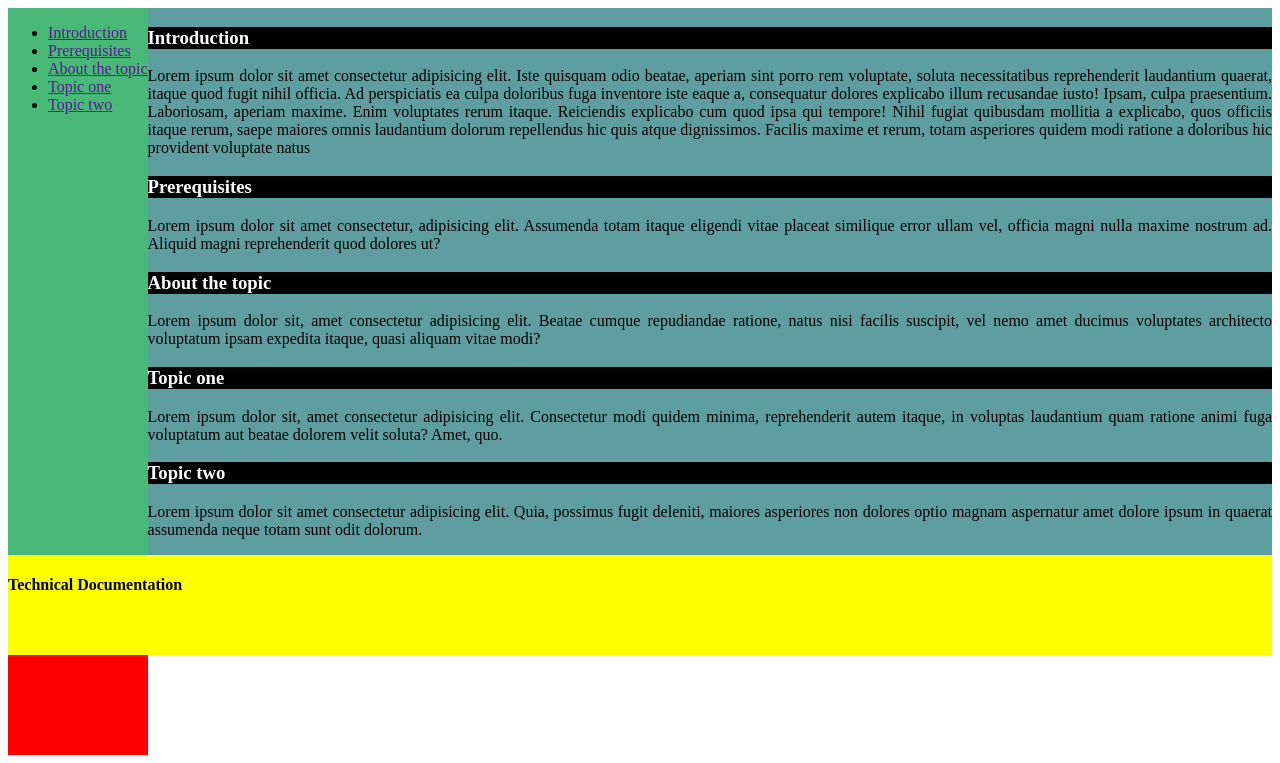
Repository: JoaoLemesDEV/Excercise-Tech-Documentation-Page
Page: index.html
These files come from the project's save history. The page is drawn as it stood at one moment and after the next save; the edit follows.
The browser window is 1280 px wide. The pictures show the whole page.

Above is the page before, as saved 2021-10-03 21:40:56.

### index.html
<!DOCTYPE html>
<html lang="en">
  <head>
    <meta charset="UTF-8" />
    <meta http-equiv="X-UA-Compatible" content="IE=edge" />
    <meta name="viewport" content="width=device-width, initial-scale=1.0" />
    <title>Technical Documentaion</title>
    <link rel="stylesheet" href="index.css" />
  </head>
  <body>
    <div class="wrapper">
      <header><h4>Technical Documentation</h4></header>
      <aside>
        <nav>
          <ul>
            <li><a href="">Introduction</a></li>
            <li><a href="">Prerequisites</a></li>
            <li><a href="">About the topic</a></li>
            <li><a href="">Topic one</a></li>
            <li><a href="">Topic two</a></li>
          </ul>
        </nav>
      </aside>
      <main>
        <section id="introduction">
          <h3 style="background: black; color: white">Introduction</h3>
          <p>
            Lorem ipsum dolor sit amet consectetur adipisicing elit. Iste
            quisquam odio beatae, aperiam sint porro rem voluptate, soluta
            necessitatibus reprehenderit laudantium quaerat, itaque quod fugit
            nihil officia. Ad perspiciatis ea culpa doloribus fuga inventore
            iste eaque a, consequatur dolores explicabo illum recusandae iusto!
            Ipsam, culpa praesentium. Laboriosam, aperiam maxime. Enim
            voluptates rerum itaque. Reiciendis explicabo cum quod ipsa qui
            tempore! Nihil fugiat quibusdam mollitia a explicabo, quos officiis
            itaque rerum, saepe maiores omnis laudantium dolorum repellendus hic
            quis atque dignissimos. Facilis maxime et rerum, totam asperiores
            quidem modi ratione a doloribus hic provident voluptate natus
          </p>
        </section>
        <section id="Prerequisites">
          <h3 style="background: black; color: white">Prerequisites</h3>
          <p>
            Lorem ipsum dolor sit amet consectetur, adipisicing elit. Assumenda
            totam itaque eligendi vitae placeat similique error ullam vel,
            officia magni nulla maxime nostrum ad. Aliquid magni reprehenderit
            quod dolores ut?
          </p>
        </section>
        <section id="about the topic">
          <h3 style="background: black; color: white">About the topic</h3>
          <p>
            Lorem ipsum dolor sit, amet consectetur adipisicing elit. Beatae
            cumque repudiandae ratione, natus nisi facilis suscipit, vel nemo
            amet ducimus voluptates architecto voluptatum ipsam expedita itaque,
            quasi aliquam vitae modi?
          </p>
        </section>
        <section id="topic one">
          <h3 style="background: black; color: white">Topic one</h3>
          <p>
            Lorem ipsum dolor sit, amet consectetur adipisicing elit.
            Consectetur modi quidem minima, reprehenderit autem itaque, in
            voluptas laudantium quam ratione animi fuga voluptatum aut beatae
            dolorem velit soluta? Amet, quo.
          </p>
        </section>
        <section id="topic two">
          <h3 style="background: black; color: white">Topic two</h3>
          <p>
            Lorem ipsum dolor sit amet consectetur adipisicing elit. Quia,
            possimus fugit deleniti, maiores asperiores non dolores optio magnam
            aspernatur amet dolore ipsum in quaerat assumenda neque totam sunt
            odit dolorum.
          </p>
        </section>
      </main>
      <footer></footer>
    </div>
  </body>
</html>

### index.css
html body{
  margin: ;

}
.wrapper {
    display: grid;
    //grid-template-columns: 100px 100px 200px;
    //grid-template-rows: 150px 150px;
}

header{
  background-color: yellow;
  height: 100px;
  grid-column-start: 1;
  grid-column-end: 3;
}

aside{
background-color: rgb(73, 185, 122);
grid-row-start: 1;
grid-row-end: 2;
}

main{
  background-color: cadetblue;
  text-align: justify;
  grid-row-start: 1;
  grid-row-end: 2;
}

footer{
  background-color: red;
  height: 100px;
}

After the next save:
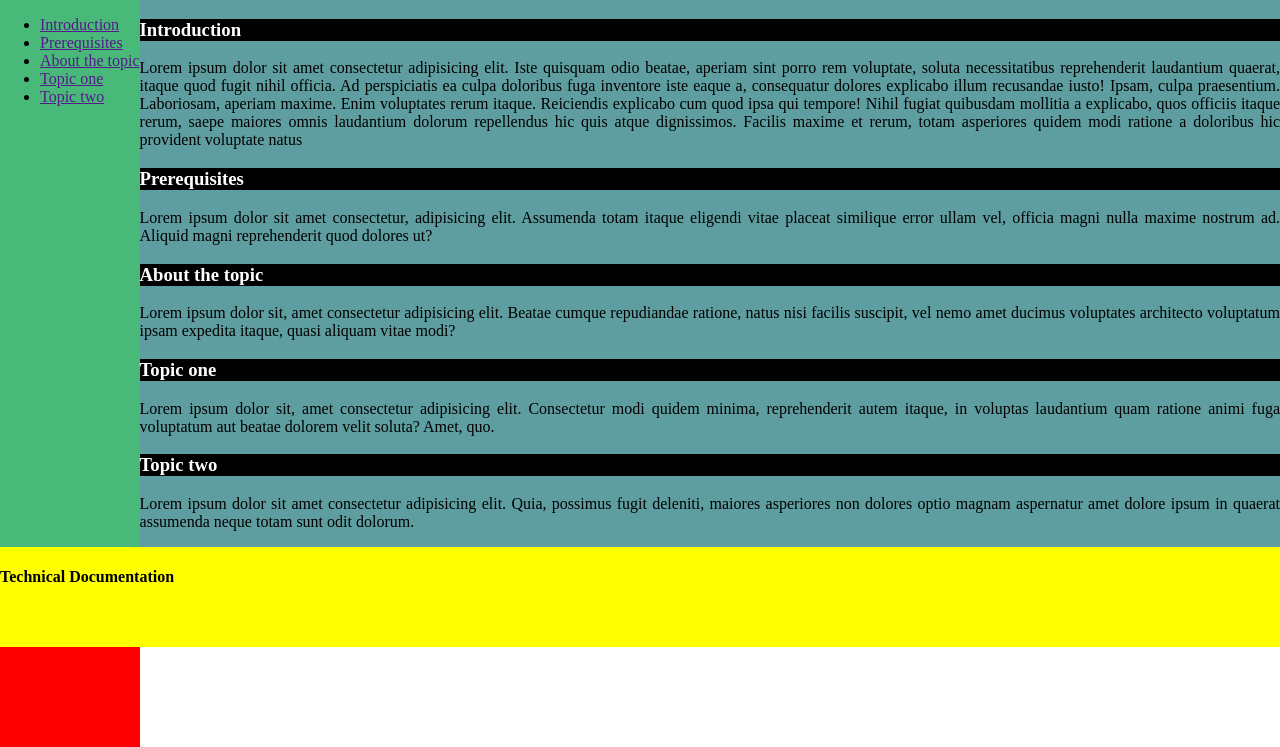
Saved 5 s later.
--- a/index.css
+++ b/index.css
@@ -1,5 +1,6 @@
 html body{
-  margin: ;
+  margin: 0;
+
 
 }
 .wrapper {
